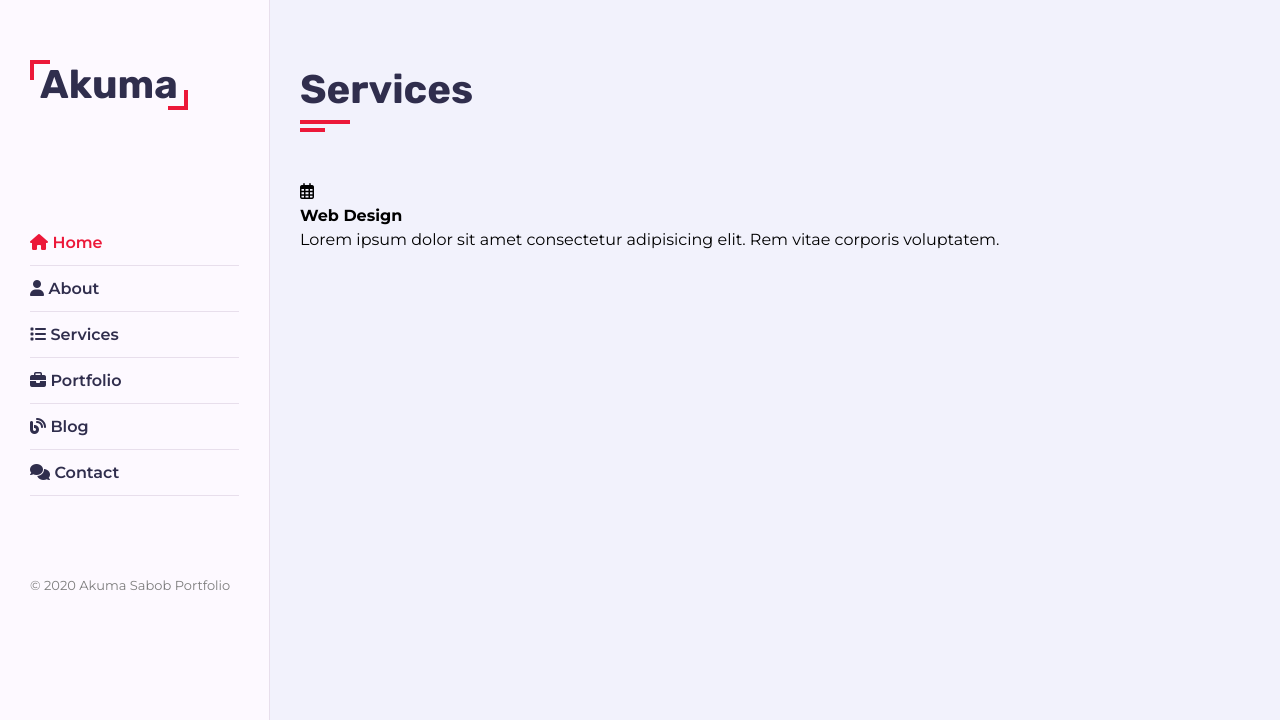
Repository: Akuma001/MY-Portfolio
Page: index.html
The author's editor kept a copy of each file at every save. The page is drawn from the files as they stood at one save, then again after the next save.
The browser window is 1280 px wide. The pictures show the whole page.
Some web libraries are served in a nearby version.

Above is the page before, as saved 2020-12-14 08:28:54.

After the next save:
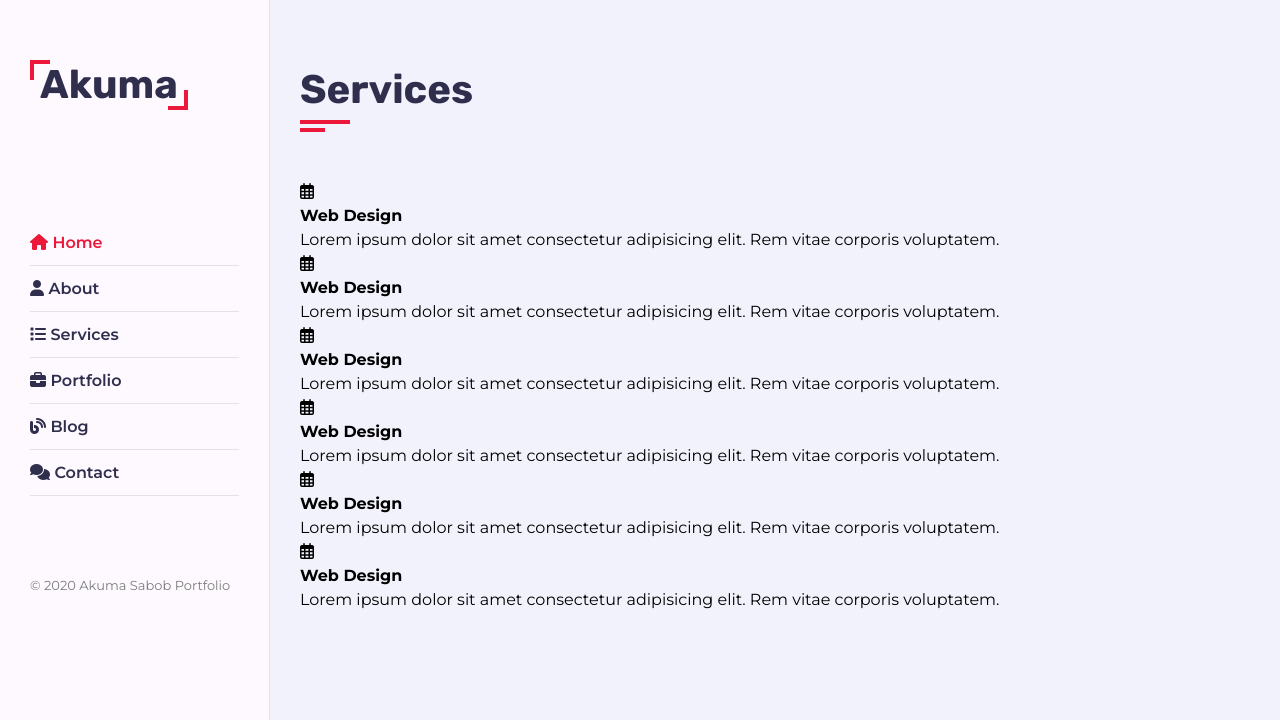
Saved 31 s later.
--- a/index.html
+++ b/index.html
@@ -275,6 +275,51 @@
               </div>
             </div>
             <!---------------Service-item----------------->
+             <!---------------Service-item----------------->
+             <div class="service-item padd-15">
+              <div class="service-item-inner">
+                <div class="icon"> <i class="far fa-calendar-alt"></i></div>
+                <h4>Web Design</h4>
+                <p>Lorem ipsum dolor sit amet consectetur adipisicing elit. Rem vitae corporis voluptatem.</p>
+              </div>
+            </div>
+            <!---------------Service-item----------------->
+             <!---------------Service-item----------------->
+             <div class="service-item padd-15">
+              <div class="service-item-inner">
+                <div class="icon"> <i class="far fa-calendar-alt"></i></div>
+                <h4>Web Design</h4>
+                <p>Lorem ipsum dolor sit amet consectetur adipisicing elit. Rem vitae corporis voluptatem.</p>
+              </div>
+            </div>
+            <!---------------Service-item----------------->
+             <!---------------Service-item----------------->
+             <div class="service-item padd-15">
+              <div class="service-item-inner">
+                <div class="icon"> <i class="far fa-calendar-alt"></i></div>
+                <h4>Web Design</h4>
+                <p>Lorem ipsum dolor sit amet consectetur adipisicing elit. Rem vitae corporis voluptatem.</p>
+              </div>
+            </div>
+            <!---------------Service-item----------------->
+             <!---------------Service-item----------------->
+             <div class="service-item padd-15">
+              <div class="service-item-inner">
+                <div class="icon"> <i class="far fa-calendar-alt"></i></div>
+                <h4>Web Design</h4>
+                <p>Lorem ipsum dolor sit amet consectetur adipisicing elit. Rem vitae corporis voluptatem.</p>
+              </div>
+            </div>
+            <!---------------Service-item----------------->
+             <!---------------Service-item----------------->
+             <div class="service-item padd-15">
+              <div class="service-item-inner">
+                <div class="icon"> <i class="far fa-calendar-alt"></i></div>
+                <h4>Web Design</h4>
+                <p>Lorem ipsum dolor sit amet consectetur adipisicing elit. Rem vitae corporis voluptatem.</p>
+              </div>
+            </div>
+            <!---------------Service-item----------------->
           </div>
         </div>
       </section>
